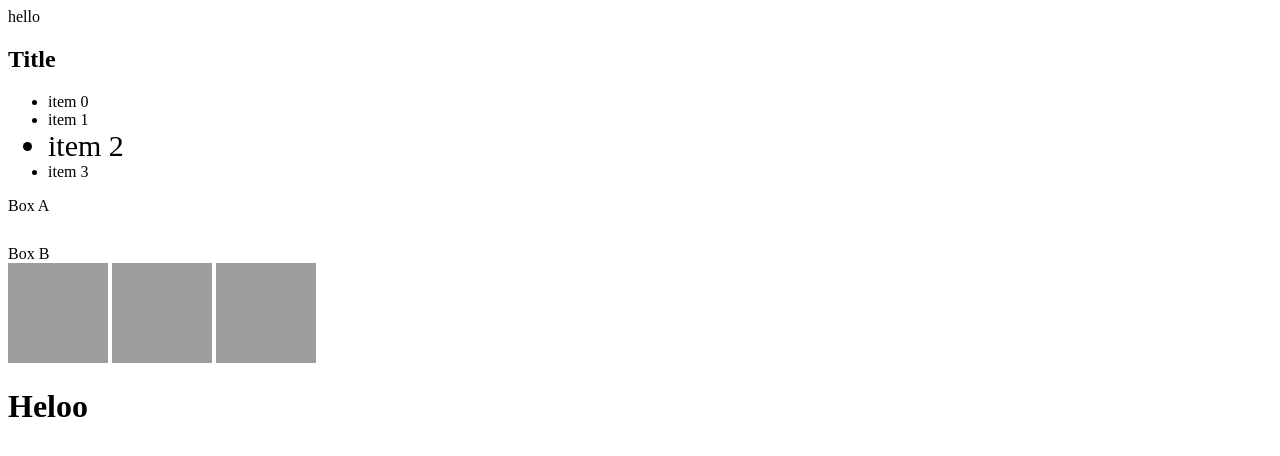
Repository: wairoku/suretigai1
Page: index.html
The author's editor kept a copy of each file at every save. The page is drawn from the files as they stood at one save, then again after the next save.
The browser window is 1280 px wide. The pictures show the whole page.
Pictures or frames that could not be fetched are drawn as grey boxes.

Above is the page before, as saved 2019-01-03 22:18:14.

After the next save:
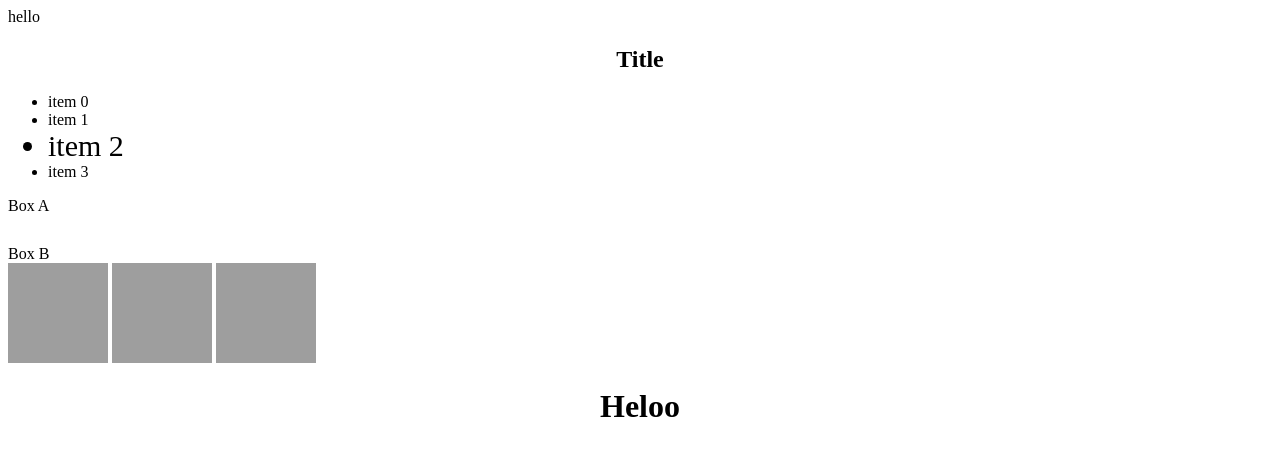
Saved 3 min 30 s later.
--- a/index.html
+++ b/index.html
@@ -30,3 +30,6 @@
 
 
 <h1>Heloo</h1>
+<style>
+h1 { text-align: center; }
+</style>
